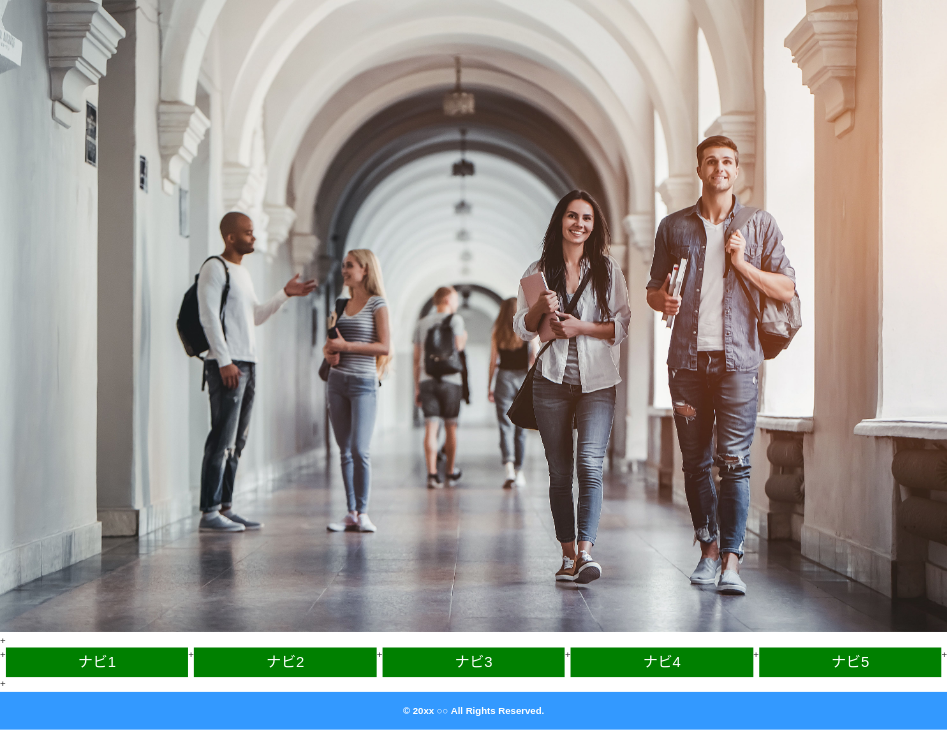
Repository: sai1358/samurai_HTML-CSS
Page: home.html
The author's editor kept a record of every edit. The page is drawn from the files as they stood at one moment, then again after the next edit.
The browser window is 1280 px wide. The pictures show the whole page, at 74% of full size.
Pictures or frames that could not be fetched are drawn as grey boxes.

Above is the page before.

### home.html
<!DOCTYPE html>
<html lang="ja">
  <head>
    <meta charset="UTF-8">
    <title>HTML/CSSの学習</title>
    <link rel="stylesheet" href="stylesheet.css">
  </head>
  <body>
     <div id="header">
        <h1><a href="index.html"><img id="corridor" src="images/corridor.jpg" alt="大学の廊下" /></a></h1>
     </div>
    <div id="wrapper">
           <div id="nav">
+                <ul>
+                    <li><a href="home.html">ナビ1</a></li>
+                    <li><a href="#">ナビ2</a></li>
+                    <li><a href="#">ナビ3</a></li>
+                    <li><a href="#">ナビ4</a></li>
+                    <li><a href="#">ナビ5</a></li>
+                </ul>
+           </div>
    </div>
    <div id="footer">
       <p>&copy; 20xx ○○ All Rights Reserved.</p>
     </div>
  </body>
 </html>

### stylesheet.css
@charset "utf-8";

body {
	margin: 0;
	padding: 0;
	font-family: "ヒラギノ角ゴ Pro W3", "Hiragino Kaku Gothic Pro", "メイリオ", Meiryo, Osaka, "ＭＳ Ｐゴシック", "MS PGothic", sans-serif;
	color: #333;
	font-size: 13px;
	line-height: 150%;
}

/* -------------------- wrapper -------------------- */
#wrapper {
	width: 100%;
	margin: auto;
	padding: 0px;
	border: 0px;
	background-color: #FFF;
	top: 10px;
}

/* -------------------- header -------------------- */
#header {
	width: 100%;
}
#header h1 {
	margin: 0;
	padding: 0;
}

#corridor {
	width: 100%;
	height: auto;
}

/* -------------------- footer -------------------- */
#footer {
	clear: both;
	width: 100%;
	padding: 3px 0 3px 0;
	background: #39F;
	color: #FFF;
	font-weight: bold;
	text-align: center;
}

/* -------------------- nav -------------------- */
#nav {
	width: 100%;
}
#nav ul {
    display: flex;
	margin: 0;
	padding: 0;
	list-style-type: none;
}
#nav ul li {
	width: 20%;
	text-align: center;
}
#nav ul li a {
	display: block;
	height: 20px;
	margin: 0;
	padding: 10px;
	color: #FFF;
	font-size: 20px;
	text-decoration: none;
	background-color: green;
}

#nav ul li a:hover {
	filter: drop-shadow(10px 10px 10px black);
}

/* -------------------- container -------------------- */
#container {
	width: 100%;
	margin: auto ;
	padding: auto;
	padding-top: 20px;
	clear: both;
	display: grid;
	grid-template-columns: 70vw 30vw;
}
/* -------------------- main -------------------- */
#main {
	width: 95%;
	padding: 10px 30px 10px 10px;
}
#main h2 {
	margin: 0 0 10px 0;
	padding: 3px 10px 3px 10px;
	color: #FFF;
	font-size: 16px;
	border-left: solid 10px #C00;
	background: #F90 url(../images/main_h2.jpg) right top repeat-y;
}
#main p {
	margin: 0;
	padding: 0;
}
#main .post {
	margin: 0 0 30px 0;
}

#main .post img.right {
	margin: 0 0 0 8px;
}
#main .post img.left {
	margin: 0 8px 0 0;
}

.right {
	float: right;
	width: 40%;
	height: auto;
}
.left {
	float: left;
	width: 40%;
	height: auto;
}

/* -------------------- clearfix -------------------- */
.clearfix {
	zoom: 1;
}
.clearfix:after{
	content: "";
	display: block;
	clear: both;
}

/* -------------------- side -------------------- */
#side {
    width: 85%;
	padding: 20px;
	background-color: #F99;
}
#side .box {
	margin: 0 auto 30px auto;
	padding: 0 0 20px 0;
	background: url(images/side_box.png) bottom no-repeat;
}
#side .box h2 {
	margin: 0;
	padding: 8px;
	text-align: center;
	color: #fff;
	font-size: 16px;
	line-height: 16px;
	font-weight: normal;
	background: url(images/side_box_h2.png) center no-repeat;
}
#side .box .boxBody {
	padding: 8px;
	border-right: solid 1px #C36;
	border-bottom: solid 1px #C36;
	border-left: solid 1px #C36;
	background: #fff;
}
#side .box .boxBody ul {
	margin: 0 0 16px 0;
	padding: 0;
}
#side .box .boxBody ul li {
	padding: 8px 0 8px 4px;
	list-style: none;
	border-bottom: solid 1px #C36;
}

#side .box .boxBody ul li:hover {
	padding: 8px 0 8px 4px;
	list-style: none;
	border-bottom: solid 1px #C36;
	box-shadow: 0px 4px 4px rgba(0, 0, 0, 0.3);
}

After the next edit:
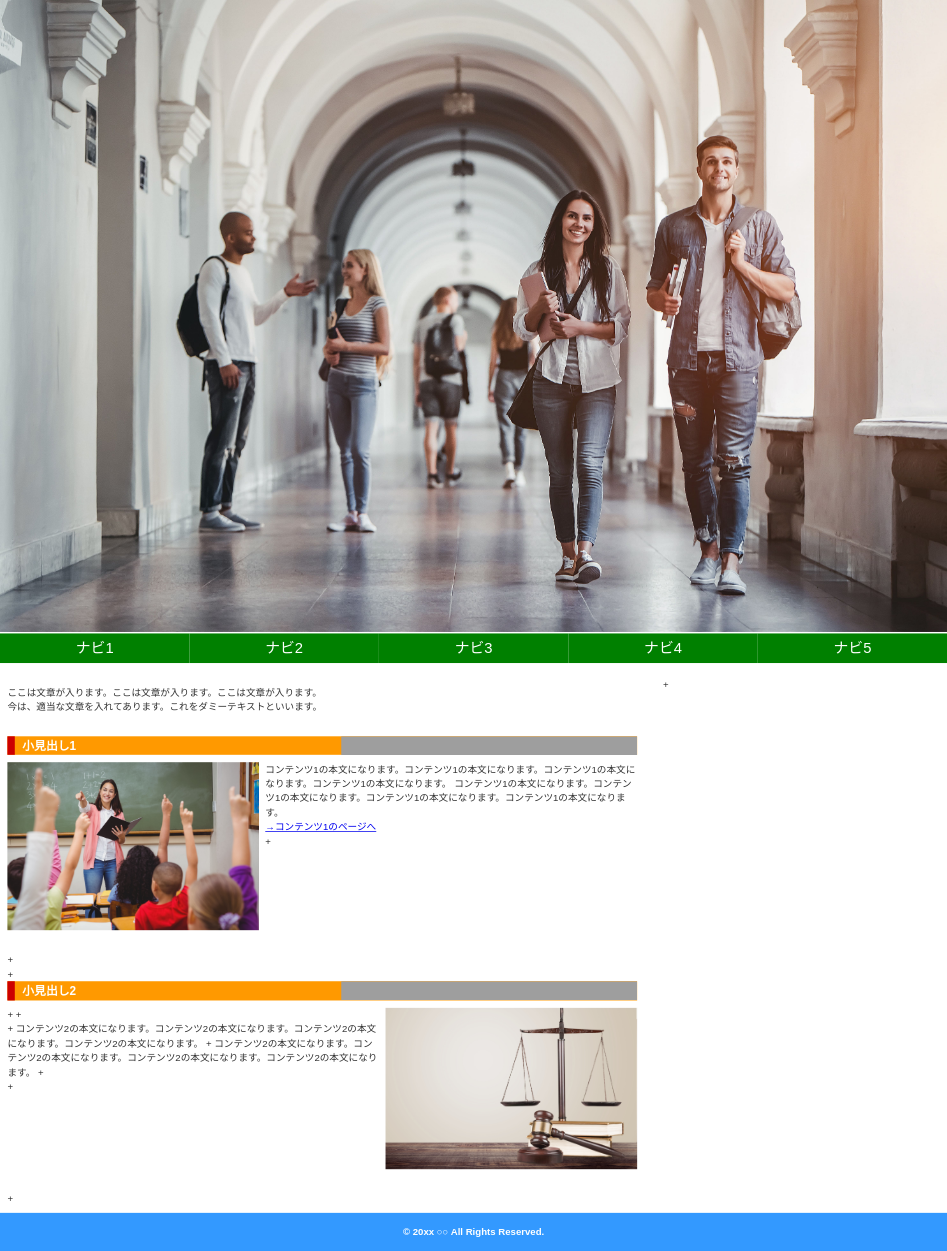
The edit:
--- a/home.html
+++ b/home.html
@@ -11,14 +11,38 @@
      </div>
     <div id="wrapper">
            <div id="nav">
-+                <ul>
-+                    <li><a href="home.html">ナビ1</a></li>
-+                    <li><a href="#">ナビ2</a></li>
-+                    <li><a href="#">ナビ3</a></li>
-+                    <li><a href="#">ナビ4</a></li>
-+                    <li><a href="#">ナビ5</a></li>
-+                </ul>
-+           </div>
+               <ul>
+                    <li><a href="home.html">ナビ1</a></li>
+                    <li><a href="#">ナビ2</a></li>
+                    <li><a href="#">ナビ3</a></li>
+                    <li><a href="#">ナビ4</a></li>
+                    <li><a href="#">ナビ5</a></li>
+               </ul>
+           </div>
+              <div id="container">
+                <div id="main">
+                    <div class="post">
+                        <p>ここは文章が入ります。ここは文章が入ります。ここは文章が入ります。<br />今は、適当な文章を入れてあります。これをダミーテキストといいます。</p>
+                    </div>
+                <div class="post clearfix">
+                        <h2>小見出し1</h2>
+                        <img class="left" src="images/classroom.jpg" alt="授業風景" />
+                        <p>
+                            コンテンツ1の本文になります。コンテンツ1の本文になります。コンテンツ1の本文になります。コンテンツ1の本文になります。
+                            コンテンツ1の本文になります。コンテンツ1の本文になります。コンテンツ1の本文になります。コンテンツ1の本文になります。
+                        </p>
+                        <p><a href="#">→コンテンツ1のページへ</a></p>
++                    </div>
++                    <div class="post clearfix">
++                        <h2>小見出し2</h2>
++                        <img class="right" src="images/scale.jpg" alt="天秤" />
++                        <p>
++                            コンテンツ2の本文になります。コンテンツ2の本文になります。コンテンツ2の本文になります。コンテンツ2の本文になります。
++                            コンテンツ2の本文になります。コンテンツ2の本文になります。コンテンツ2の本文になります。コンテンツ2の本文になります。
++                        </p>
++                    </div>
++                </div>
++            </div>
     </div>
     <div id="footer">
        <p>&copy; 20xx ○○ All Rights Reserved.</p>
